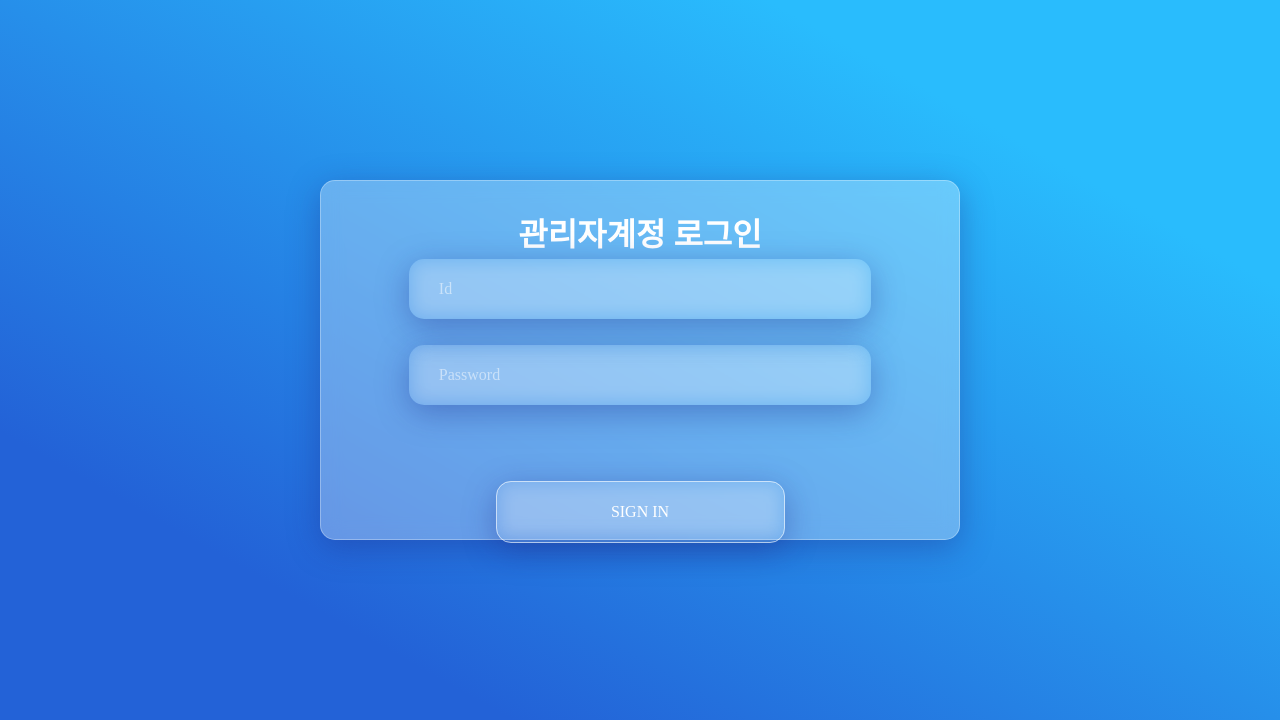
Repository: LEEYONGJUN3068/cms
Page: /login
The author's editor kept a copy of each file at every save. The page is drawn from the files as they stood at one save, then again after the next save.
The browser window is 1280 px wide. The pictures show the whole page.
The page's requests for data from a server got no answer. The project was rebuilt for these pictures with package versions that can differ from the ones it lists, and the page was loaded fresh each time. The framework's server and built-in components were replaced by stand-ins that run in the browser. No one was signed in, and anything a server would have sent is missing. Also part of the build but not shown: next.config.mjs.

Above is the page before, as saved 2025-09-23 14:41:59.

### src/app/layout.js
import { Geist, Geist_Mono } from "next/font/google";
import "./globals.css";
import AppLoader from "@/components/AppLoader";
import "../styles/globals.scss";

const geistSans = Geist({
  variable: "--font-geist-sans",
  subsets: ["latin"],
});

const geistMono = Geist_Mono({
  variable: "--font-geist-mono",
  subsets: ["latin"],
});

export const metadata = {
  title: "Create Next App",
  description: "Generated by create next app",
  stylesheets: [
    {
      rel: 'stylesheet',
      as: 'style',
      crossOrigin: 'anonymous',
      href: 'https://cdn.jsdelivr.net/gh/orioncactus/pretendard@v1.3.9/dist/web/static/pretendard.min.css',
    },
  ],
};

export default function RootLayout({ children }) {
  return (
    <html lang="ko">
      <body
        className={`${geistSans.variable} ${geistMono.variable} antialiased`}
      >
        <AppLoader>{children}</AppLoader>
      </body>
    </html>
  );
}

### src/app/login/page.jsx
'use client'
import { useState } from 'react'
import { supabase } from '@/lib/supabaseClient'
import { useRouter } from 'next/navigation'
import styles from './login.module.scss'

export default function Login() {
  const [email,setEmail] = useState('')
  const [password,setPassword] = useState('')
  const router = useRouter()

  const handleLogin = async (e) => {
    e.preventDefault()
    const { data, error } = await supabase.auth.signInWithPassword({ email, password })
    if (error) alert(error.message)
    else router.push('/dashboard')
  }

  return (
    <div className={styles.loginContainer}>
      <div className={styles.form}>
        <h2>관리자계정 로그인</h2>
        <form onSubmit={handleLogin}>
          <input
            type="email"
            placeholder="Id"
            value={email}
            onChange={(e)=>setEmail(e.target.value)}
            required
            name='id'
          />
          <input
            type="password"
            placeholder="Password"
            value={password}
            onChange={(e)=>setPassword(e.target.value)}
            required
            name='pw'
          />
          <button type="submit" className={styles.loginBtn}>SIGN IN</button>
        </form>
      </div>
    </div>
  )
}

### src/app/globals.css
@import "tailwindcss";

:root {
  --background: #ffffff;
  --foreground: #171717;
}

@theme inline {
  --color-background: var(--background);
  --color-foreground: var(--foreground);
  --font-sans: var(--font-geist-sans);
  --font-mono: var(--font-geist-mono);
}

@media (prefers-color-scheme: dark) {
  :root {
    --background: #0a0a0a;
    --foreground: #ededed;
  }
}

body {
  background: var(--background);
  color: var(--foreground);
  font-family: 'Pretendard';
}

### src/components/AppLoader.jsx
"use client";

import { useState, useEffect } from "react";
import dynamic from 'next/dynamic'; // dynamic import 추가

// LoadingScreen 컴포넌트를 dynamic으로 불러오고, ssr을 false로 설정합니다.
// 이렇게 하면 이 컴포넌트는 오직 브라우저에서만 렌더링됩니다.
const LoadingScreen = dynamic(() => import('./LoadingScreen'), { ssr: false });

const AppLoader = ({ children }) => {
  const [loading, setLoading] = useState(true);

  useEffect(() => {
    const isFirstVisit = sessionStorage.getItem("isFirstVisit");

    if (isFirstVisit) {
      setLoading(false);
    } else {
      sessionStorage.setItem("isFirstVisit", "false");
      setTimeout(() => {
        setLoading(false);
      }, 3000);
    }
  }, []);

  return loading ? <LoadingScreen /> : <>{children}</>;
};

export default AppLoader;

### src/styles/globals.scss
button{
    &:hover{
        cursor: pointer;
    }
}

### src/app/login/login.module.scss
.loginContainer{
    background: linear-gradient(to bottom left, #29bcfd 20%, #2362d7 80%);
    width: 100%;
    height: 100vh;

    h2{
        text-align: center;
        font-weight: bold;
        font-size: clamp(0px, 4vw, 32px);
    }

    .form{
        position: absolute;
        left: 50%;
        top: 50%;
        transform: translate(-50%, -50%);
        width: 50%;
        height: 50vh;
        background: rgba(255, 255, 255, 0.3);
        backdrop-filter: blur(10px);
        -webkit-backdrop-filter: blur(10px); /* Safari 브라우저 지원 */
        border: 1px solid rgba(255, 255, 255, 0.3);
        box-shadow: 0 8px 32px 0 rgba(31, 38, 135, 0.37);
        border-radius: 15px;
        padding: 30px;
        color: white;

        input{
            width: 80%;
            height: 5vh;
            backdrop-filter: blur(10px);
            -webkit-backdrop-filter: blur(10px); /* Safari 브라우저 지원 */
            box-shadow: 0 8px 32px 0 rgba(31, 38, 135, 0.37);
            border-radius: 15px;
            padding: 30px;
            color: white;
            margin-bottom: 2vw;

            &:focus{
                outline: none;
            }
        }

        form{
            display: flex;
            flex-direction: column;
            justify-content: center;
            align-items: center;
        }

        .loginBtn{
            display: flex;
            align-items: center;
            justify-content: center;
            width: 50%;
            height: 5vh;
            backdrop-filter: blur(10px);
            -webkit-backdrop-filter: blur(10px); /* Safari 브라우저 지원 */
            border: 1px solid rgba(255, 255, 255, 0.6);
            box-shadow: 0 8px 32px 0 rgba(31, 38, 135, 0.37);
            border-radius: 15px;
            padding: 30px;
            font-weight: 500;
            color: white;
            margin-top: 4vw;

            &:hover{
                background-color: #fff;
                color: #2362d7;
                transition: all 0.5s;
            }
        }
    }
}

### src/components/LoadingScreen.jsx
"use client";

// lottie-react에서 Player를 가져옵니다.
import { Player } from "@lottiefiles/react-lottie-player";

const LoadingScreen = () => {
  return (
    <div style={{
      position: 'fixed',
      top: 0,
      left: 0,
      width: '100%',
      height: '100%',
      backgroundColor: '#000',
      display: 'flex',
      flexDirection: 'column',
      justifyContent: 'center',
      alignItems: 'center',
      zIndex: 9999,
    }}>
        <p style={{
            fontSize: 'clamp(0px, 5vw, 32px)',
            fontWeight: 'bold',
        }}>
          포트폴리오 화면을 구성중입니다
        </p>
        <Player
          autoplay
          loop
          src="https://lottie.host/dfe9ce55-f0b7-4bb0-bcd2-241897b61dec/JhkEyDhSuU.json"
          style={{ width: 'clamp(0px, 50vw, 300px)', height: 'auto' }}
        />
    </div>
  );
};

export default LoadingScreen;

Loaded but not shown: src/lib/supabaseClient.js (common file)

After the next save:
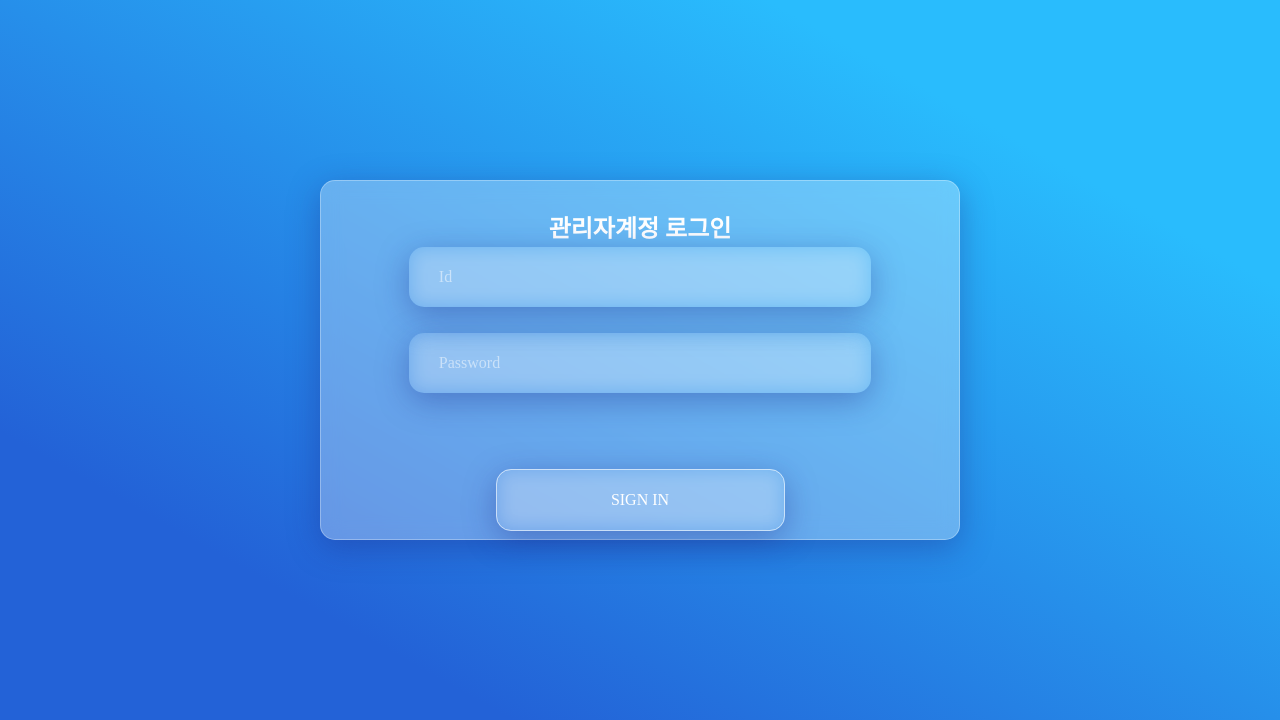
Saved 6 s later.
--- a/src/app/login/login.module.scss
+++ b/src/app/login/login.module.scss
@@ -6,7 +6,7 @@
     h2{
         text-align: center;
         font-weight: bold;
-        font-size: clamp(0px, 4vw, 32px);
+        font-size: clamp(0px, 4vw, 24px);
     }
 
     .form{
